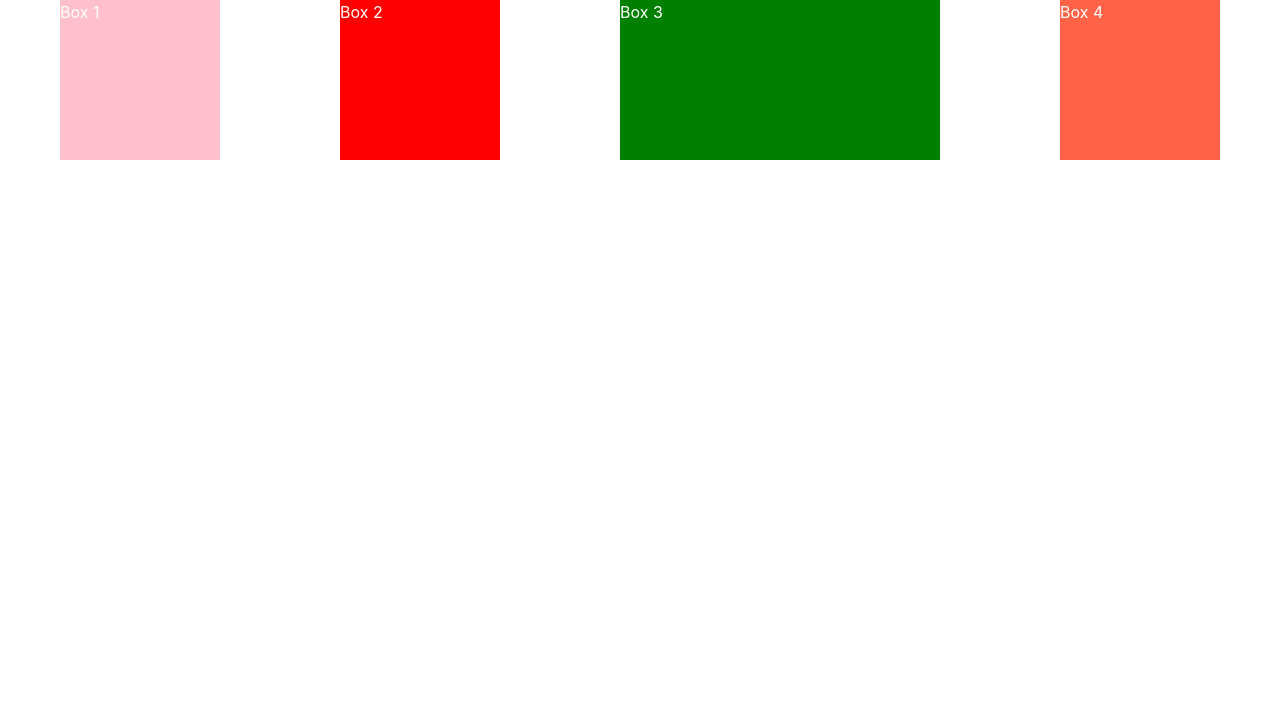
Repository: noutijo/learn-in-depth-chakra-ui
Page: /
These files come from the project's save history. The page is drawn as it stood at one moment and after the next save; the edit follows.
The browser window is 1280 px wide. The pictures show the whole page.
The project was rebuilt for these pictures with package versions that can differ from the ones it lists, and the page was loaded fresh each time. Also part of the build but not shown: vite.config.ts.

Above is the page before, as saved 2023-01-30 13:50:42.

After the next save:
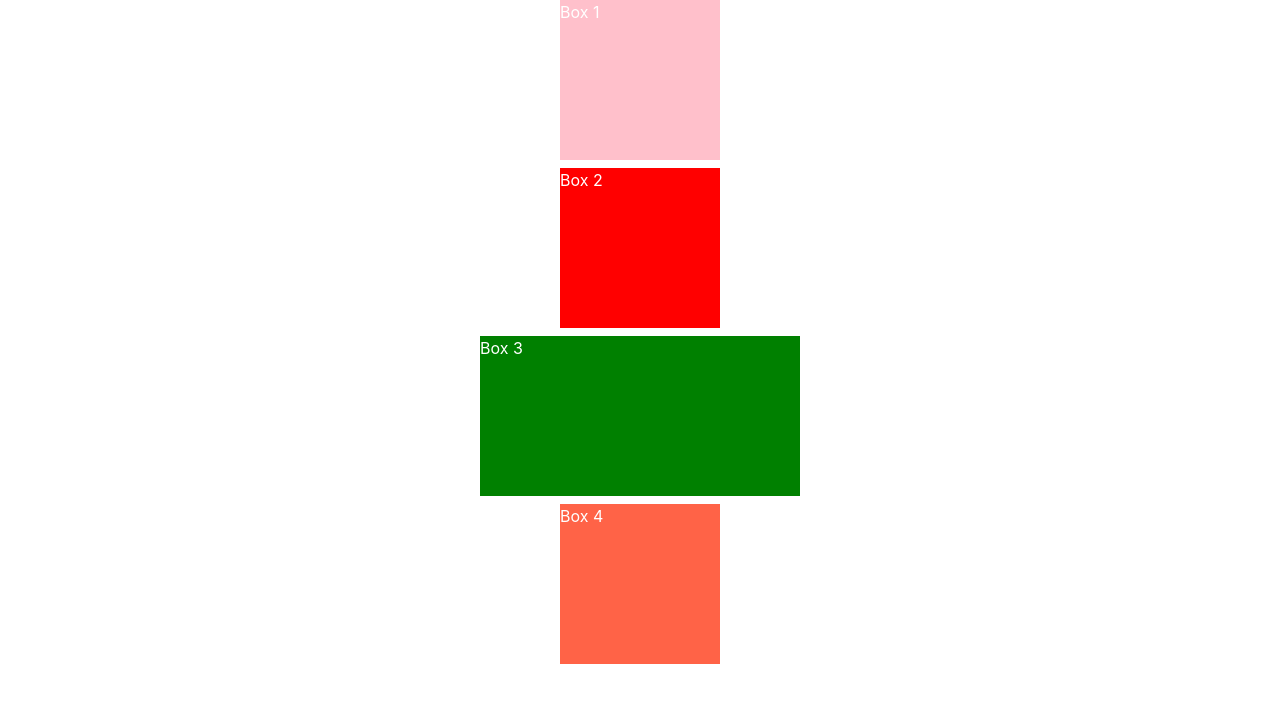
Saved 6 s later.
--- a/src/App.tsx
+++ b/src/App.tsx
@@ -4,7 +4,7 @@ import { Box, Flex, Stack, VStack, HStack } from "@chakra-ui/react";
 function App() {
   return (
     <div className="App">
-      <Flex justify="space-around" align="center">
+      <Stack s="space-around" align="center">
         <Box bg="pink" w="10rem" h="10rem" color="white">
           Box 1
         </Box>
@@ -17,7 +17,7 @@ function App() {
         <Box bg="tomato" w="10rem" h="10rem" color="white">
           Box 4
         </Box>
-      </Flex>
+      </Stack>
     </div>
   );
 }
